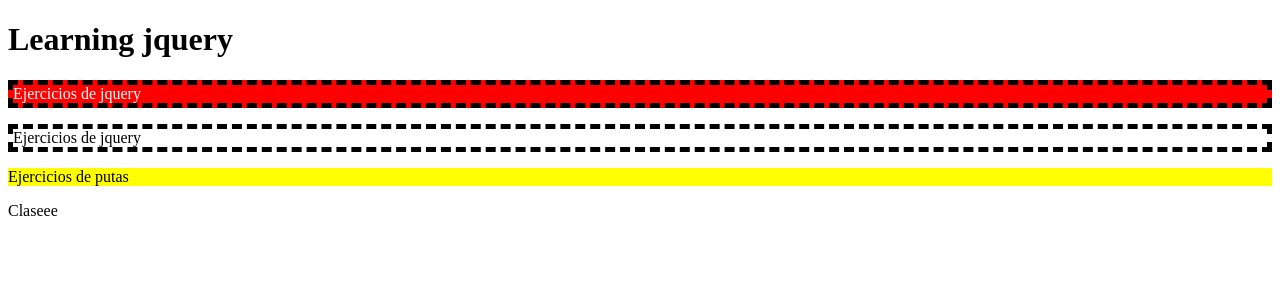
Repository: gitmadacode/practica_javascript
Page: Inicio/jquery/index.html
An editor plug-in stored every save of this project. The page is shown before and after the next save, followed by the edit.
The browser window is 1280 px wide. The pictures show the whole page.

Above is the page before, as saved 2019-09-13 18:46:40.

### Inicio/jquery/index.html
<!DOCTYPE html>
<html lang="en">
<head>
    <meta charset="UTF-8">
    <meta name="viewport" content="width=device-width, initial-scale=1.0">
    <meta http-equiv="X-UA-Compatible" content="ie=edge">
    <!--<script src="https://ajax.googleapis.com/ajax/libs/jquery/3.4.1/jquery.min.js"></script>--->
    <script type="text/javascript" src="../js/jquery.min.js"></script>
    <script type="text/javascript" src="../js/selectores.js"></script>
    <title>jquery</title>
    <h1>Learning jquery</h1>
    <p id="rojo" class="zebra">Ejercicios de jquery</p>
    <p id="rojo" class="zebra">Ejercicios de jquery</p>
    <p id="amarillo" class="sin_borde">Ejercicios de putas</p>
    <p>Claseee</p>
</head>
<body>

</body>
</html>

### Inicio/js/selectores.js
//Un ID es un identificador unico , para muchos usamos Class

$(document).ready(function(){
    //Selector ID
    var rojo = $("#rojo").css("background","red")
                         .css("color","white");

    var amarillo = $("#amarillo").css("background","yellow");

    //Selector de clase

    var mi_clase = $('.zebra');
    mi_clase.css("border","5px dashed black");

    $('.sin_borde').click(function(){
        console.log("click dado");
        $(this).addClass('zebra');
    });

    //Selectores de etiqueta

    var parrafos = $('p');

    parrafos.click(function(){
    $(this).removeClass("zebra");
    });

    console.log(rojo);

});

Loaded but not shown: Inicio/js/jquery.min.js (library)

After the next save:
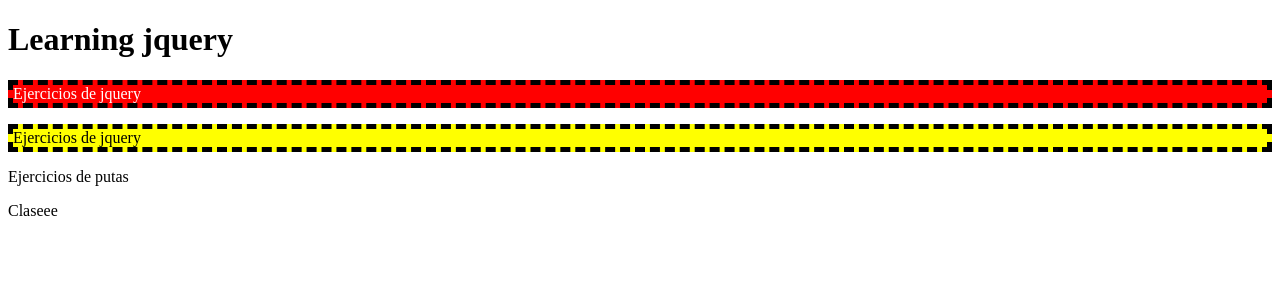
Saved 4 s later.
--- a/Inicio/jquery/index.html
+++ b/Inicio/jquery/index.html
@@ -10,7 +10,7 @@
     <title>jquery</title>
     <h1>Learning jquery</h1>
     <p id="rojo" class="zebra">Ejercicios de jquery</p>
-    <p id="rojo" class="zebra">Ejercicios de jquery</p>
+    <p id="amarillo" class="zebra">Ejercicios de jquery</p>
     <p id="amarillo" class="sin_borde">Ejercicios de putas</p>
     <p>Claseee</p>
 </head>
